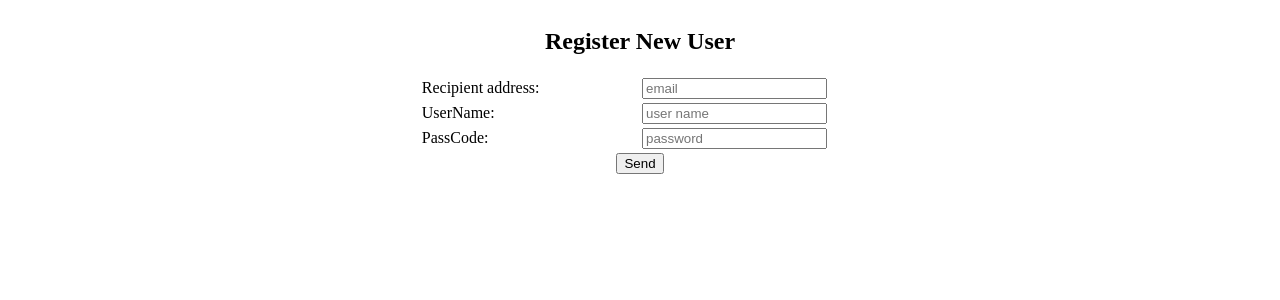
Repository: UnforgivenZZZ/bulldog
Page: http://localhost/bulldog/EmailForm.jsp
The author's editor kept a copy of each file at every save. The page is drawn from the files as they stood at one save, then again after the next save.
The browser window is 1280 px wide. The pictures show the whole page.
The page is served by Tomcat 9. Other server files are loaded and not shown.

Above is the page before, as saved 2017-07-07 08:11:08.

### bulldog/WebContent/EmailForm.jsp
<%@ page language="java" contentType="text/html; charset=ISO-8859-1"
    pageEncoding="ISO-8859-1"%>
<!DOCTYPE html PUBLIC "-//W3C//DTD HTML 4.01 Transitional//EN" "http://www.w3.org/TR/html4/loose.dtd">
<html>
<head>
<meta http-equiv="Content-Type" content="text/html; charset=ISO-8859-1">
<title>Send an e-mail</title>
</head>
<body>
    <form action="register" method="post">
        <table border="0" width="35%" align="center">
            <caption><h2>Register New User</h2></caption>
              <tr>
                <td width="50%">Recipient address: </td>
                <td><input type="text" placeholder="email" name="contact"></td>
            </tr>
            <tr>
                <td>UserName: </td>
                <td><input type="text" placeholder="user name" name="username"></td>
            </tr>
            <tr>
                <td>PassCode: </td>
                <td><input type="text" placeholder="password" name="pin"></td>
            </tr>

            <tr>
                <td colspan="2" align="center"><input type="submit" value="Send" formaction="EmailSendingServlet"/></td>
            </tr>
        </table>

    </form>
</body>
</html>

After the next save:
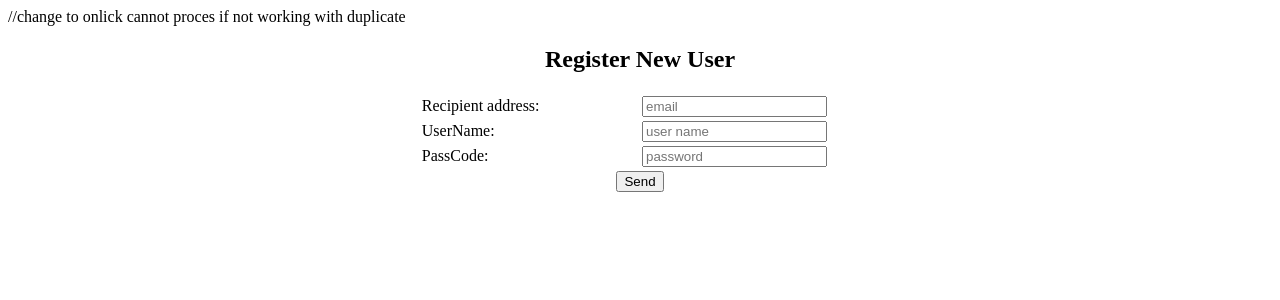
Saved 6 min 24 s later.
--- a/bulldog/WebContent/EmailForm.jsp
+++ b/bulldog/WebContent/EmailForm.jsp
@@ -24,6 +24,7 @@
             </tr>
 
             <tr>
+            //change to onlick cannot proces if not working with duplicate
                 <td colspan="2" align="center"><input type="submit" value="Send" formaction="EmailSendingServlet"/></td>
             </tr>
         </table>
